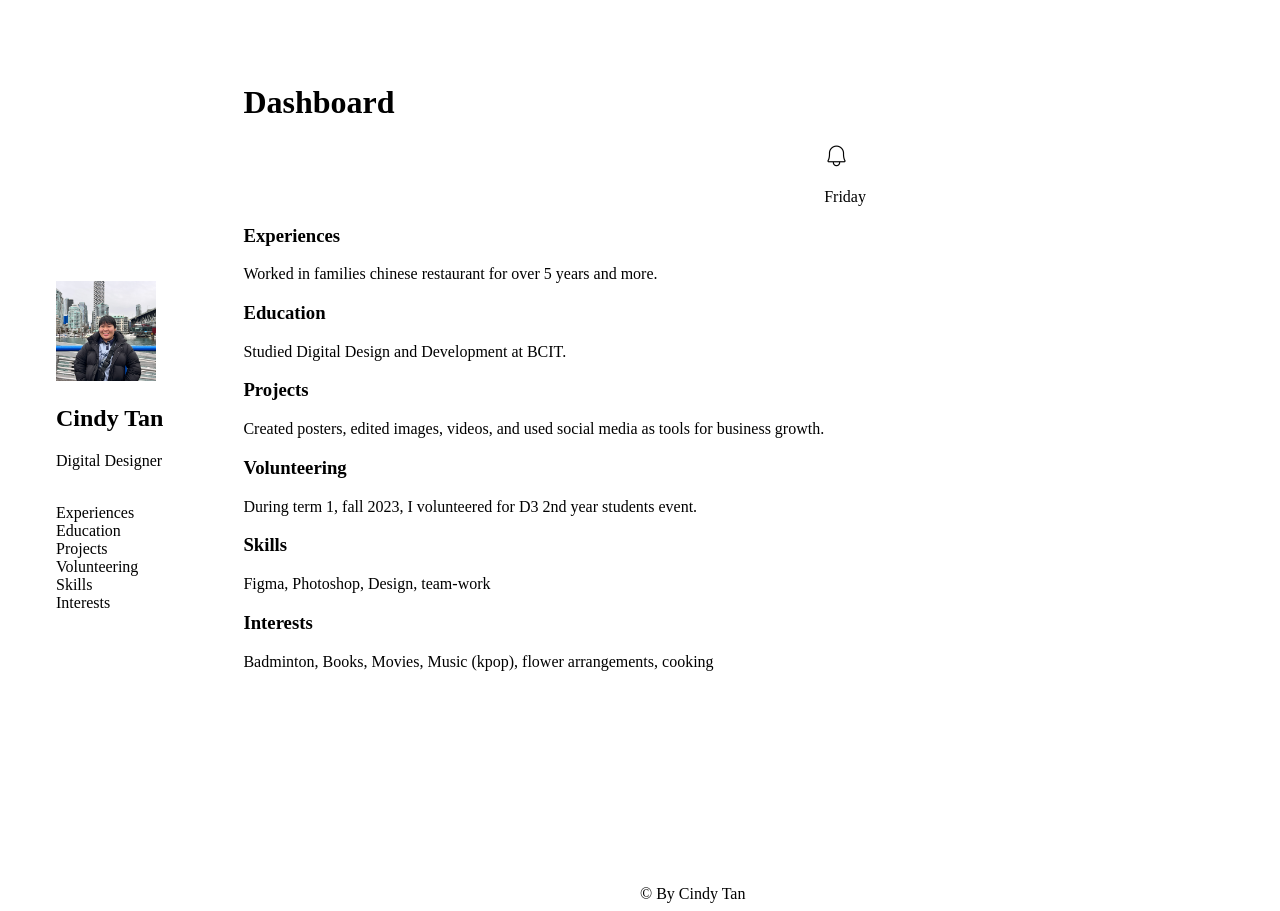
Repository: Cindy-tan/Assessment-_1
Page: /
An editor plug-in stored every save of this project. The page is shown before and after the next save, followed by the edit.
The browser window is 1280 px wide. The pictures show the whole page.
The project was rebuilt for these pictures with package versions that can differ from the ones it lists, and the page was loaded fresh each time. The framework's server and built-in components were replaced by stand-ins that run in the browser. Also part of the build but not shown: next.config.js, components/Card/Card.module.css, components/SideNavigation/SideNavigation.module.css.

Above is the page before, as saved 2024-01-19 00:16:42.

### pages/index.js
import Head from 'next/head'
import styles from '@/styles/Home.module.css'
import Header from '@/components/Header'
import Card from '@/components/Card'
import Footer from '@/components/Footer'
import MenuItem from '@/components/MenuItem'
import SideNavigation from '@/components/SideNavigation'



export default function Home() {

  return (
    <>
      <Head>
        <title>Assessment 1</title>
        <meta name="description" content="Generated by create next app" />
        <meta name="viewport" content="width=device-width, initial-scale=1" />
        <link rel="icon" href="/favicon.ico" />
      </Head>

      <main className={`${styles.main}`}>

        <div>
        <SideNavigation/>
        </div>

        <div className={`${styles.header}`}>
        <Header/>


        <div className={`${styles.cardLeft}`}>
          <Card title='Experiences' description='Worked in families chinese restaurant for over 5 years and more.'/>
          <Card title='Education' description='Studied Digital Design and Development at BCIT.'/>
          <Card title='Projects' description='Created posters, edited images, videos, and used social media as tools for business growth.'/>
        </div>
        <div className={`${styles.cardRight}`}>
          <Card title='Volunteering' description='During term 1, fall 2023, I volunteered for D3 2nd year students event.'/>
          <Card title='Skills' description='Figma, Photoshop, Design, team-work'/>
          <Card title='Interests' description='Badminton, Books, Movies, Music (kpop), flower arrangements, cooking'/>
        </div>
        </div>








      </main>
      <Footer/>
    </>
  )
}

### styles/globals.css
:root {
  --black: #000;
  --white: #fff;
  --blue: rgba(12, 72, 156, 1.0);

  --large-font: 20px;
  --medium-font: 17px;
  --small-font: 14px;

  --violet-red: rgb(219, 112, 147);
  --amaranth: rgb(159, 43, 104);
  --cerise: rgb(222, 49, 99);
  --steel-blue: rgb(40, 189, 218);
  --teal: rgb(20, 151, 176);
  --yellow: rgb(12, 97, 119);
}

### styles/Home.module.css
.main {
  display: flex;
  flex-direction: row;
  align-items: center;
  padding: 3rem;
  min-height: 20vh;
}

.header{
  align-items: center;
  border-radius: 50px;
  padding: 7px 80px 150px;
}

### components/Header/index.js
import styles from "./Header.module.css"
import Image from "next/image"

export default function Header() {
    return (
        <>
            <header>
                <h1>Dashboard</h1>
                <div className={`${styles.icon}`}>
                <Image src="/images/bell.png" alt="bell" width={25} height={25}/>
                <p>Friday</p>
                </div>
            </header>
        </>
    )
}

### components/Card/index.js
import styles from "./Card.module.css"

export default function Card({
    title="default",
    description="default",
    bgColor,
    borderColor
})
{
    return (
        <>
            <div className={styles.card} style={{backgroundColor: bgColor, border:borderColor}}>
                <h3>{title}</h3>
                <p>{description}</p>
            </div>
        </>
    )
}

### components/Footer/index.js
import styles from "./Footer.module.css"

export default function Footer() {
    return(
        <>
            <footer className={styles.footer}>
               © By Cindy Tan
            </footer>
        </>
    )
}

### components/MenuItem/index.js
import styles from "./MenuItem.module.css"

export default function MenuItem({
    title = "",
    bgColor,
    textColor,
    tabLeft
})

{
    return (
        <>
            <div className={styles.menuItem} style={{backgroundColor: bgColor, color:textColor}}>
                {title}
            </div>
        </>
    )
}

### components/SideNavigation/index.js
import MenuItem from "../MenuItem"
import styles from "./SideNavigation.module.css"
import Image from "next/image"

export default function SideNavigation() {
    return (
        <>
            <div>
                <Image src="/images/profile.JPG" alt="profile" width={100} height={100}/>
                <h2>Cindy Tan</h2>
                <p>Digital Designer</p>
                <br/>
                <MenuItem title="Experiences"/>
                <MenuItem title="Education"/>
                <MenuItem title="Projects"/>
                <MenuItem title="Volunteering"/>
                <MenuItem title="Skills"/>
                <MenuItem title="Interests"/>

            </div>
        </>
    )
}

### components/Header/Header.module.css
.icon {
    margin-left: 100%;
}

### components/Footer/Footer.module.css
.footer {
    align-items: center;
    padding-left: 50%;
}

### components/MenuItem/MenuItem.module.css
.menuItem:hover {
    background-color: var(--blue);
    color: var(--white);
}

Loaded but not shown: pages/_app.js (common file); pages/_document.js (common file); components/Card/Card.module.css (no copy from this time; the picture is the same without it)

After the next save:
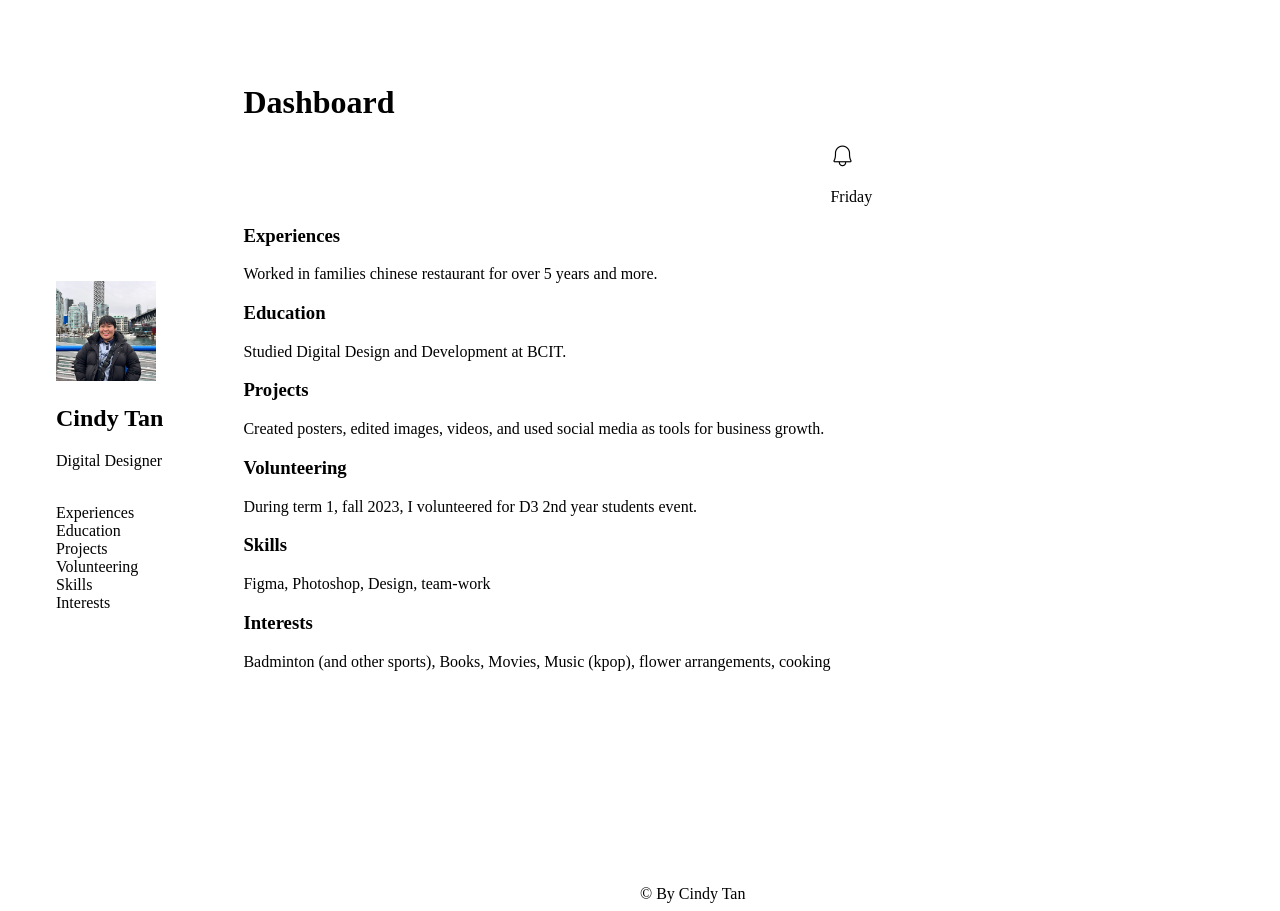
Saved 18 s later.
--- a/pages/index.js
+++ b/pages/index.js
@@ -37,7 +37,7 @@ export default function Home() {
         <div className={`${styles.cardRight}`}>
           <Card title='Volunteering' description='During term 1, fall 2023, I volunteered for D3 2nd year students event.'/>
           <Card title='Skills' description='Figma, Photoshop, Design, team-work'/>
-          <Card title='Interests' description='Badminton, Books, Movies, Music (kpop), flower arrangements, cooking'/>
+          <Card title='Interests' description='Badminton (and other sports), Books, Movies, Music (kpop), flower arrangements, cooking'/>
         </div>
         </div>
 
